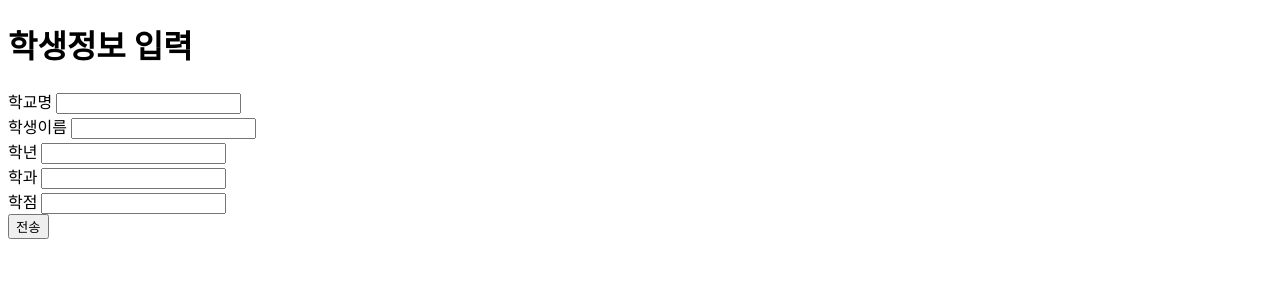
Repository: uni0415/JavaStudy_8452
Page: http://localhost/JspStudy_8452/study/request/view/student_info_show.jsp
These files come from the project's save history. The page is drawn as it stood at one moment and after the next save; the edit follows.
The browser window is 1280 px wide. The pictures show the whole page.
The page is served by Tomcat 9. Nobody is signed in. The application's start-up code is not run. Other server files are loaded and not shown.

Above is the page before, as saved 2022-04-07 01:06:12.

### JspStudy_8452/src/main/webapp/study/request/view/student_info_show.jsp
<%@ page language="java" contentType="text/html; charset=UTF-8"
    pageEncoding="UTF-8"%>
<!DOCTYPE html>
<html>
<head>
<meta charset="UTF-8">
<title>Insert title here</title>
</head>
<body>
	<h1>학생정보 입력</h1>
	<form action="" method="get">
	<div>
		<label>학교명</label>
		<input type="text" name="school-name">
	</div>
	<div>
		<label>학생이름</label>
		<input type="text" name="name">
	</div>
	<div>
		<label>학년</label>
		<input type="text" name="student-year">
	</div>
	<div>
		<label>학과</label>
		<input type="text" name="department">
	</div>
	<div>
		<label>학점</label>
		<input type="text" name="grade">
	</div>
	<button>전송</button>
	</form>
</body>
</html>

After the next save:
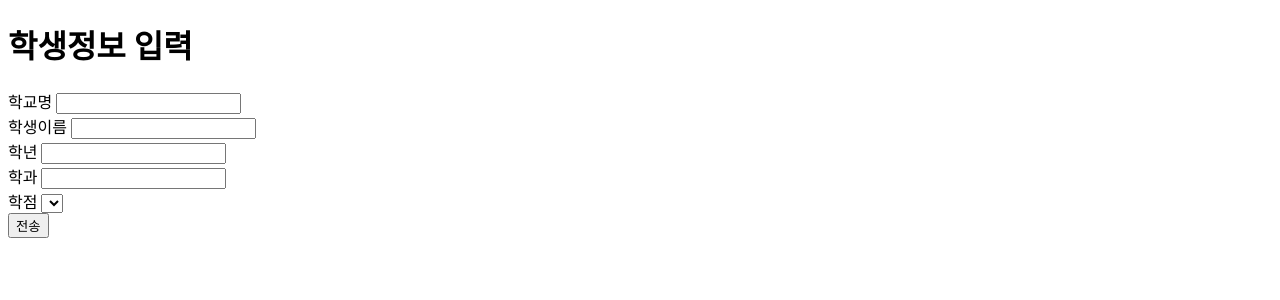
Saved 84 s later.
--- a/JspStudy_8452/src/main/webapp/study/request/view/student_info_show.jsp
+++ b/JspStudy_8452/src/main/webapp/study/request/view/student_info_show.jsp
@@ -27,7 +27,10 @@
 	</div>
 	<div>
 		<label>학점</label>
-		<input type="text" name="grade">
+		<select name="grade">
+		<option value="A+">
+
+		</select>
 	</div>
 	<button>전송</button>
 	</form>
